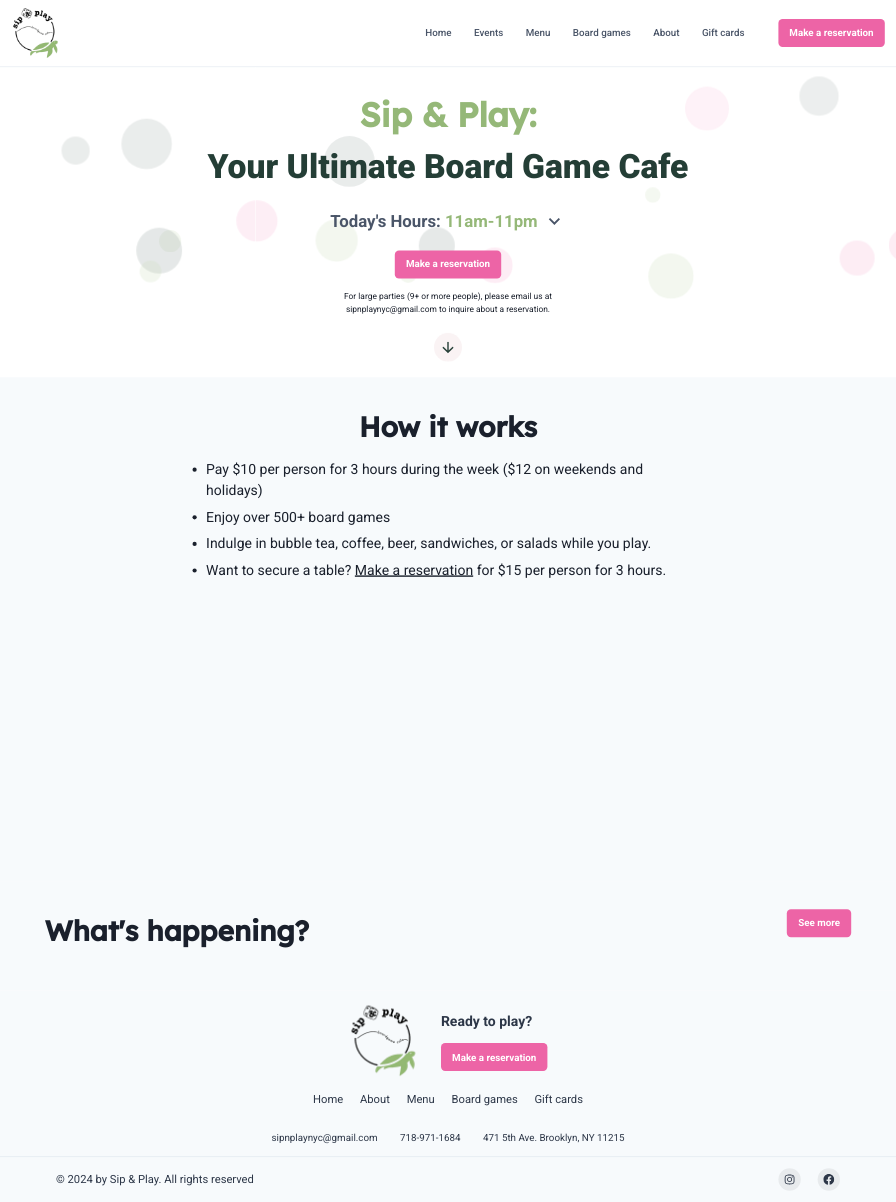
Repository: natespinetti/codedexsummerhackathon
Page: /
The author's editor kept a copy of each file at every save. The page is drawn from the files as they stood at one save, then again after the next save.
The browser window is 1280 px wide. The pictures show the whole page, at 70% of full size.
The project was rebuilt for these pictures with package versions that can differ from the ones it lists, and the page was loaded fresh each time. The framework's server and built-in components were replaced by stand-ins that run in the browser. Also part of the build but not shown: next.config.mjs.

Above is the page before, as saved 2024-07-11 17:32:58.

### app/layout.tsx
"use client";
import Head from "next/head";
import React from "react";
import Header from "./components/Header";
import Footer from "./components/Footer";
import { Providers } from "./components/Providers";
import "../public/global.css";

export default function RootLayout({
  children,
}: {
  children: React.ReactNode;
}) {
  return (
    <html lang="en">
      <Head>
        <title>Sip & Play</title>
        <meta name="description" content="Board games and boba!" />
        <meta name="viewport" content="width=device-width, initial-scale=1" />
        <link rel="icon" href="/favicons/favicon.ico" />
      </Head>
      <body>
        <Providers>
          <Header />
          <main>{children}</main>
          <Footer />
        </Providers>
      </body>
    </html>
  );
}

### app/page.tsx
"use client";
import Image from "next/image";
import HomeHero from "./components/HomeHero";
import {
  Box,
  Text,
  Button,
  keyframes,
  ListItem,
  List,
  UnorderedList,
} from "@chakra-ui/react";
import HowItWorks from "./components/HowItWorks";
import { useRouter } from "next/navigation";

export default function Home() {
  const router = useRouter();
  return (
    <>
      <HomeHero />
      <HowItWorks />
      <Box bg="var(--chakra-colors-gray-50)">
        <Box maxW="90%" m="auto" p="2.5rem 0">
          <Box display="flex" flexDir="row" justifyContent="space-between">
            <Text
              as="h2"
              fontSize="2.5rem"
              fontFamily="heading"
              fontWeight={700}
              textAlign="left"
              mb="1rem"
            >
              What's happening?
            </Text>
            <Button
              as={"a"}
              display={{ base: "none", md: "inline-flex" }}
              fontSize={"sm"}
              fontWeight={600}
              color={"white"}
              bg={"pink.400"}
              href={"/"}
              _hover={{
                bg: "pink.300",
              }}
            >
              See more
            </Button>
          </Box>
          <Box>
            <Box w="60%">
              <Box bgImg="./images/bloomburrow.webp" bgSize="cover"></Box>
            </Box>
          </Box>
        </Box>
      </Box>
    </>
  );
}

### app/components/Footer.tsx
"use client";

import {
  Box,
  chakra,
  Container,
  Stack,
  Text,
  useColorModeValue,
  Button,
  Image,
  VisuallyHidden,
} from "@chakra-ui/react";
import { FaInstagram, FaTwitter, FaYoutube, FaFacebook } from "react-icons/fa";
import { ReactNode } from "react";

const SocialButton = ({
  children,
  label,
  href,
}: {
  children: ReactNode;
  label: string;
  href: string;
}) => {
  return (
    <chakra.button
      bg={useColorModeValue("blackAlpha.100", "whiteAlpha.100")}
      rounded={"full"}
      w={8}
      h={8}
      cursor={"pointer"}
      as={"a"}
      href={href}
      display={"inline-flex"}
      alignItems={"center"}
      justifyContent={"center"}
      transition={"background 0.3s ease"}
      _hover={{
        bg: useColorModeValue("blackAlpha.200", "whiteAlpha.200"),
      }}
    >
      <VisuallyHidden>{label}</VisuallyHidden>
      {children}
    </chakra.button>
  );
};

export default function Footer() {
  return (
    <>
      {/* <iframe
        src="https://www.google.com/maps/embed?pb=!1m19!1m8!1m3!1d48423.28708097213!2d-73.98076851318362!3d40.66393288184943!3m2!1i1024!2i768!4f13.1!4m8!3e0!4m0!4m5!1s0x89c25b963c296a77%3A0x33cab105836ef465!2sSip%20%26%20Play%2C%20471%205th%20Ave%2C%20Brooklyn%2C%20NY%2011215!3m2!1d40.668128599999996!2d-73.9869454!5e0!3m2!1sen!2sus!4v1720729656891!5m2!1sen!2sus"
        width="100%"
        height="200"
        style={{ border: 0 }}
        loading="lazy"
        referrerPolicy="no-referrer-when-downgrade"
      ></iframe> */}
      <Box
        bg={useColorModeValue("gray.50", "gray.900")}
        color={useColorModeValue("gray.700", "gray.200")}
      >
        <Container
          as={Stack}
          maxW={"6xl"}
          py={4}
          spacing={4}
          justify={"center"}
          align={"center"}
        >
          <Box display="flex" flexDir="row" alignItems="center" gridGap="2rem">
            <Image
              maxW="100px"
              src="/logos/sipnplay2.png"
              alt="Sip & Play Logo"
            />
            <Box>
              <Text fontWeight={700} fontSize="20px" pb="1rem">
                Ready to play?
              </Text>
              <Button
                as={"a"}
                display={{ base: "none", md: "inline-flex" }}
                fontSize={"sm"}
                fontWeight={600}
                color={"white"}
                bg={"pink.400"}
                href={"https://www.exploretock.com/sipnplay/"}
                target="_blank"
                _hover={{
                  bg: "pink.300",
                }}
              >
                Make a reservation
              </Button>
            </Box>
          </Box>
          <Stack direction={"row"} spacing={6}>
            <Box as="a" href={"#"}>
              Home
            </Box>
            <Box as="a" href={"#"}>
              About
            </Box>
            <Box as="a" href={"#"}>
              Menu
            </Box>
            <Box as="a" href={"#"}>
              Board games
            </Box>
            <Box as="a" href={"#"}>
              Gift cards
            </Box>
          </Stack>
          <Box
            display="flex"
            flexDir="row"
            gridGap="2rem"
            fontSize="14px"
            mt="1rem"
          >
            <Text as="a" href={"mailto:sipnplaynyc@gmail.com"}>
              sipnplaynyc@gmail.com
            </Text>
            <Text as="a" href={"tel:718-971-1684"}>
              718-971-1684
            </Text>
            <Text
              as="a"
              target="_blank"
              href={
                "https://www.google.com/maps/dir//471+5th+Ave,+Brooklyn,+NY+11215/@40.6680993,-74.0693463,12z/data=!4m8!4m7!1m0!1m5!1m1!1s0x89c25b963c296a77:0x33cab105836ef465!2m2!1d-73.9869454!2d40.6681286?entry=ttu"
              }
            >
              471 5th Ave. Brooklyn, NY 11215
            </Text>
          </Box>
        </Container>

        <Box
          borderTopWidth={1}
          borderStyle={"solid"}
          borderColor={useColorModeValue("gray.200", "gray.700")}
        >
          <Container
            as={Stack}
            maxW={"6xl"}
            py={4}
            direction={{ base: "column", md: "row" }}
            spacing={4}
            justify={{ base: "center", md: "space-between" }}
            align={{ base: "center", md: "center" }}
          >
            <Text>© 2024 by Sip & Play. All rights reserved</Text>
            <Stack direction={"row"} spacing={6}>
              <SocialButton
                label={"Instagram"}
                href={"https://www.instagram.com/sipnplaynyc/?hl=en"}
              >
                <FaInstagram />
              </SocialButton>
              <SocialButton
                label={"Facebook"}
                href={"https://www.facebook.com/sipnplaynyc/"}
              >
                <FaFacebook />
              </SocialButton>
            </Stack>
          </Container>
        </Box>
      </Box>
    </>
  );
}

### app/components/Providers.tsx
import { SPTheme } from "@/ui/theme/theme";
import { ChakraProvider } from "@chakra-ui/react";
import { ReactNode } from "react";

export function Providers({ children }: { children: ReactNode }) {
  return <ChakraProvider theme={SPTheme}>{children}</ChakraProvider>;
}

### app/components/HomeHero.tsx
"use client";
import { Box, Text, Button, keyframes } from "@chakra-ui/react";
import CurrentDayHours from "./CurrentDaysHours";
import {
  HamburgerIcon,
  CloseIcon,
  ChevronDownIcon,
  ArrowDownIcon,
} from "@chakra-ui/icons";

const bubbleAnimation = keyframes`
  0% {
    transform: translateY(100px) scale(1);
    opacity: 1;
  }
  100% {
    transform: translateY(-1000px) scale(1.5);
    opacity: 0;
  }
`;

const upDownAnimation = keyframes`
  0% {
    transform: translateY(0);
  }
  50% {
    transform: translateY(10px);
  }
  100% {
    transform: translateY(0px);
  }
`;

const bubbles = new Array(20).fill(0).map((_, index) => ({
  id: index,
  size: Math.random() * 3 + 1,
  left: Math.random() * 100,
  animationDuration: Math.random() * 20 + 10,
  animationDelay: Math.random() * 100,
}));

const onArrowClick = (
  event: React.MouseEvent<HTMLAnchorElement, MouseEvent>
) => {
  event.preventDefault();
  const targetId = event.currentTarget.getAttribute("href");
  const targetElement = document.querySelector(targetId || "");
  if (targetElement) {
    targetElement.scrollIntoView({ behavior: "smooth" });
  }
};

export default function HomeHero() {
  return (
    <>
      <Box position="relative" overflow="hidden" h="100%" w="100%">
        {bubbles.map((bubble, index) => (
          <Box
            key={bubble.id}
            position="absolute"
            bottom="0"
            left={`${bubble.left}%`}
            width={`${bubble.size}rem`}
            height={`${bubble.size}rem`}
            bg={
              index % 3 === 0
                ? "rgba(148, 185, 115, 0.3)"
                : index % 3 === 1
                ? "rgba(36, 62, 54, 0.3)"
                : "rgba(237, 100, 166, 0.3)"
            }
            borderRadius="50%"
            animation={`${bubbleAnimation} ${bubble.animationDuration}s linear infinite`}
            transitionDelay={`${bubble.animationDelay}s`}
          />
        ))}
        <Box
          position="relative"
          w="100vw"
          p="2rem"
          display="flex"
          flexDir="column"
          justifyItems="center"
          alignItems="center"
          gridGap="1rem"
          bg="rgba(255, 255, 255, 0.5)"
        >
          <Text
            as="h1"
            fontFamily="body"
            fontWeight="900"
            fontSize="3rem"
            color="#243E36"
            textAlign="center"
          >
            <Text
              as="span"
              color="#95b878"
              fontWeight="900"
              fontFamily="heading"
              fontSize="3rem"
            >
              Sip & Play:
              <br />
            </Text>
            Your Ultimate Board Game Cafe
          </Text>
          <CurrentDayHours />
          <Button
            as={"a"}
            display={{ base: "none", md: "inline-flex" }}
            fontSize={"sm"}
            fontWeight={600}
            color={"white"}
            bg={"pink.400"}
            href={"https://www.exploretock.com/sipnplay/"}
            target="_blank"
            _hover={{
              bg: "pink.300",
            }}
          >
            Make a reservation
          </Button>

          <Text
            fontSize="12px"
            w={{ base: "100%", md: "30%" }}
            textAlign="center"
          >
            For large parties (9+ or more people), please email us at{" "}
            <Text as="a" href="mailto:sipnplaynyc@gmail.com">
              sipnplaynyc@gmail.com
            </Text>{" "}
            to inquire about a reservation.
          </Text>
          <Box
            as="a"
            bg="rgba(246, 232, 234, 0.5)"
            p=".5rem"
            borderRadius="50%"
            href="#how-it-works"
            transition="0.3s ease-in-out"
            onClick={() => onArrowClick}
            animation={`${upDownAnimation} 4s ease-in-out infinite`}
          >
            <ArrowDownIcon color="#243E36" fontSize="1.5rem" />
          </Box>
        </Box>
      </Box>
    </>
  );
}

### app/components/HowItWorks.tsx
"use client";
import {
  Box,
  Text,
  Button,
  keyframes,
  UnorderedList,
  ListItem,
} from "@chakra-ui/react";
import CurrentDayHours from "./CurrentDaysHours";
import {
  HamburgerIcon,
  CloseIcon,
  ChevronDownIcon,
  ArrowDownIcon,
} from "@chakra-ui/icons";

export default function HowItWorks() {
  return (
    <>
      <Box bg="var(--chakra-colors-gray-50)" id="how-it-works" h="100vh">
        <Box maxW="90%" m="auto" p="2.5rem 0">
          <Text
            as="h2"
            fontSize="2.5rem"
            fontFamily="heading"
            fontWeight={700}
            textAlign="center"
            mb="1rem"
          >
            How it works
          </Text>
          <UnorderedList spacing={2} fontSize="1.25rem" w="60%" m="auto">
            <ListItem>
              Pay $10 per person for 3 hours during the week ($12 on weekends
              and holidays)
            </ListItem>
            <ListItem>Enjoy over 500+ board games</ListItem>
            <ListItem>
              Indulge in bubble tea, coffee, beer, sandwiches, or salads while
              you play.
            </ListItem>
            <ListItem>
              Want to secure a table?{" "}
              <Text
                as="a"
                href="https://www.exploretock.com/sipnplay/"
                target="_blank"
                textDecoration="underline"
              >
                Make a reservation
              </Text>{" "}
              for $15 per person for 3 hours.
            </ListItem>
          </UnorderedList>
        </Box>
      </Box>
    </>
  );
}

### ui/theme/theme.tsx
import { extendTheme } from "@chakra-ui/react";
import { fonts } from "./fonts";

const overrides = {
  fonts,
};

export const SPTheme = extendTheme(overrides);

### app/components/CurrentDaysHours.tsx
import React, { useState } from "react";
import { Box, Text, useColorModeValue, useDisclosure } from "@chakra-ui/react";
import {
  Popover,
  PopoverTrigger,
  PopoverContent,
  PopoverHeader,
  PopoverBody,
  PopoverFooter,
  PopoverArrow,
  PopoverCloseButton,
  Button,
  PopoverAnchor,
} from "@chakra-ui/react";
import {
  HamburgerIcon,
  CloseIcon,
  ChevronDownIcon,
  ChevronRightIcon,
} from "@chakra-ui/icons";

const openingHours: { [key: number]: string } = {
  0: "10am-11pm", //Sunday
  1: "11am-11pm", // Monday
  2: "11am-11pm", // Tuesday
  3: "11am-11pm", // Wednesday
  4: "11am-11pm", // Thursday
  5: "11am-12am", // Friday
  6: "10am-12am", // Saturday
};

export default function CurrentDayHours() {
  const { isOpen, onOpen, onClose } = useDisclosure();

  const currentDay = new Date().getDay();
  const hours = openingHours[currentDay];
  const linkColor = useColorModeValue("gray.600", "gray.200");
  const linkHoverColor = useColorModeValue("gray.800", "white");
  const popoverContentBgColor = useColorModeValue("white", "gray.800");
  const handleItemClick = () => {
    if (isOpen) {
      onClose();
    } else {
      onOpen();
    }
  };
  return (
    <Box textAlign="center" fontSize="16px">
      <Popover
        trigger={"hover"}
        placement={"bottom-start"}
        isOpen={isOpen}
        onOpen={onOpen}
        onClose={onClose}
      >
        <PopoverTrigger>
          <Box
            p={2}
            fontSize={"sm"}
            fontWeight={500}
            color={linkColor}
            _hover={{
              textDecoration: "none",
              color: linkHoverColor,
            }}
          >
            <Box
              display="flex"
              flexDir="row"
              gridGap=".5rem"
              alignItems="center"
              onClick={handleItemClick}
            >
              <Text fontWeight="bold" fontSize="1.5rem" cursor="pointer">
                Today's Hours:{" "}
                <Text color="#95b878" as="span">
                  {hours}
                </Text>
              </Text>
              <ChevronDownIcon
                fontSize="2rem"
                transform={isOpen ? "rotate(180deg)" : "rotate(0deg)"}
                transition="transform 0.2s"
              />
            </Box>
          </Box>
        </PopoverTrigger>

        <PopoverContent
          border={0}
          boxShadow={"xl"}
          bg={popoverContentBgColor}
          p={4}
          rounded={"xl"}
          minW={"sm"}
        >
          <Box display="flex" flexDir="column" textAlign="left">
            <Text fontWeight="bold">
              Sunday:{" "}
              <Text color="#95b878" as="span">
                10am-11pm
              </Text>
            </Text>
            <Text fontWeight="bold">
              Monday:{" "}
              <Text color="#95b878" as="span">
                11am-11pm
              </Text>
            </Text>
            <Text fontWeight="bold">
              Tuesday:{" "}
              <Text color="#95b878" as="span">
                11am-11pm
              </Text>
            </Text>
            <Text fontWeight="bold">
              Wednesday:{" "}
              <Text color="#95b878" as="span">
                11am-11pm
              </Text>
            </Text>
            <Text fontWeight="bold">
              Thursday:{" "}
              <Text color="#95b878" as="span">
                11am-11pm
              </Text>
            </Text>
            <Text fontWeight="bold">
              Friday:{" "}
              <Text color="#95b878" as="span">
                11am-12am
              </Text>
            </Text>
            <Text fontWeight="bold">
              Saturday:{" "}
              <Text color="#95b878" as="span">
                10am-12am
              </Text>
            </Text>
          </Box>
        </PopoverContent>
      </Popover>
    </Box>
  );
}

### ui/theme/fonts.tsx
import { Roboto, Lexend } from "next/font/google";

const roboto = Roboto({
  subsets: ["latin"],
  display: "swap",
  weight: ["100", "300", "400", "500", "700", "900"],
  style: ["normal", "italic"],
});

const lexend = Lexend({
  subsets: ["latin"],
  display: "swap",
  weight: ["300", "400", "500"],
  style: ["normal"],
});

export const fonts = {
  heading: lexend.style.fontFamily,
  body: roboto.style.fontFamily,
};

Loaded but not shown: public/global.css (common file); app/components/Header.tsx (346 lines, source omitted)

After the next save:
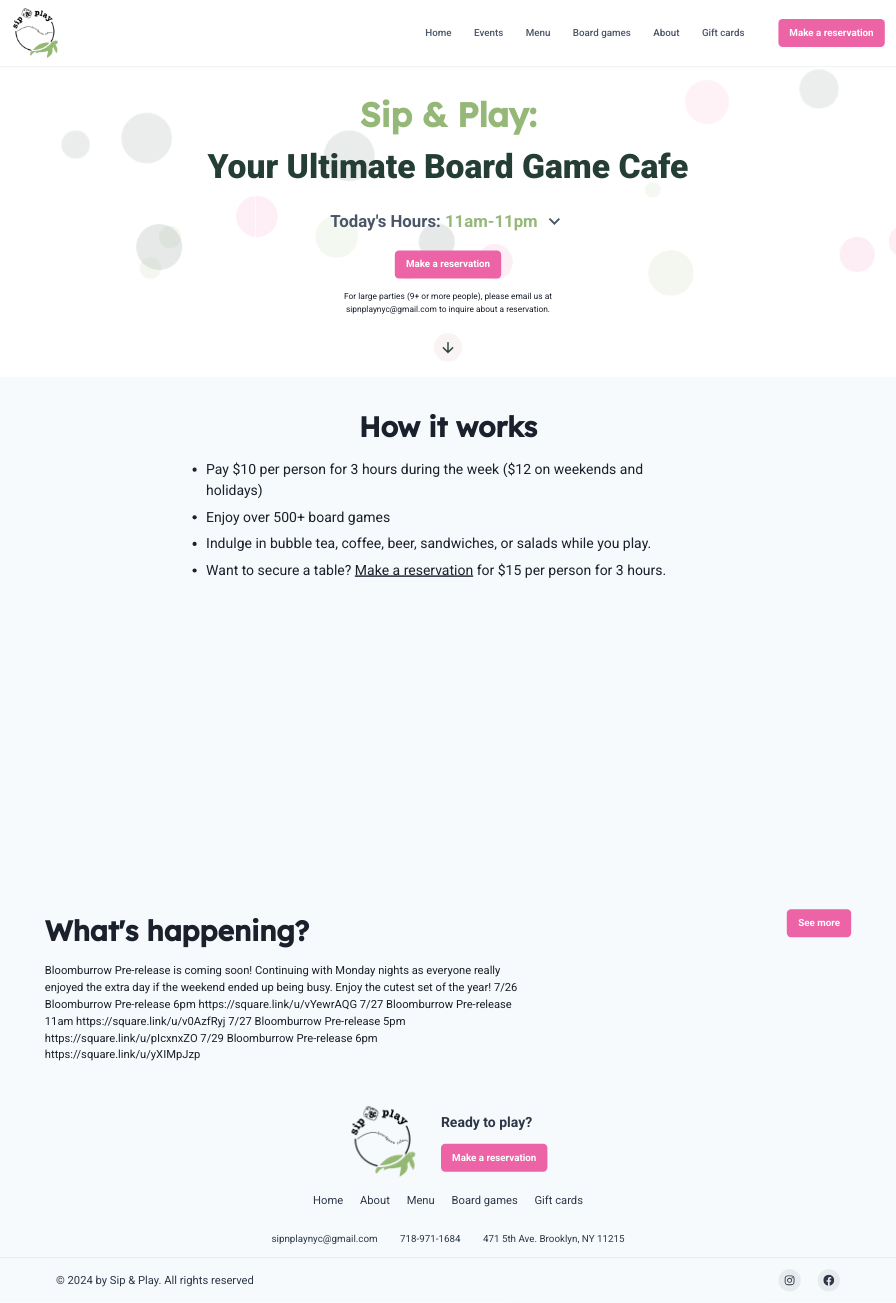
Saved 22 s later.
--- a/app/page.tsx
+++ b/app/page.tsx
@@ -49,7 +49,16 @@
           </Box>
           <Box>
             <Box w="60%">
-              <Box bgImg="./images/bloomburrow.webp" bgSize="cover"></Box>
+              <Box bgImg="./images/bloomburrow.webp" bgSize="cover" w="40%" />
+              <Text>
+                Bloomburrow Pre-release is coming soon! Continuing with Monday
+                nights as everyone really enjoyed the extra day if the weekend
+                ended up being busy. Enjoy the cutest set of the year! 7/26
+                Bloomburrow Pre-release 6pm https://square.link/u/vYewrAQG 7/27
+                Bloomburrow Pre-release 11am https://square.link/u/v0AzfRyj 7/27
+                Bloomburrow Pre-release 5pm https://square.link/u/pIcxnxZO 7/29
+                Bloomburrow Pre-release 6pm https://square.link/u/yXIMpJzp
+              </Text>
             </Box>
           </Box>
         </Box>
